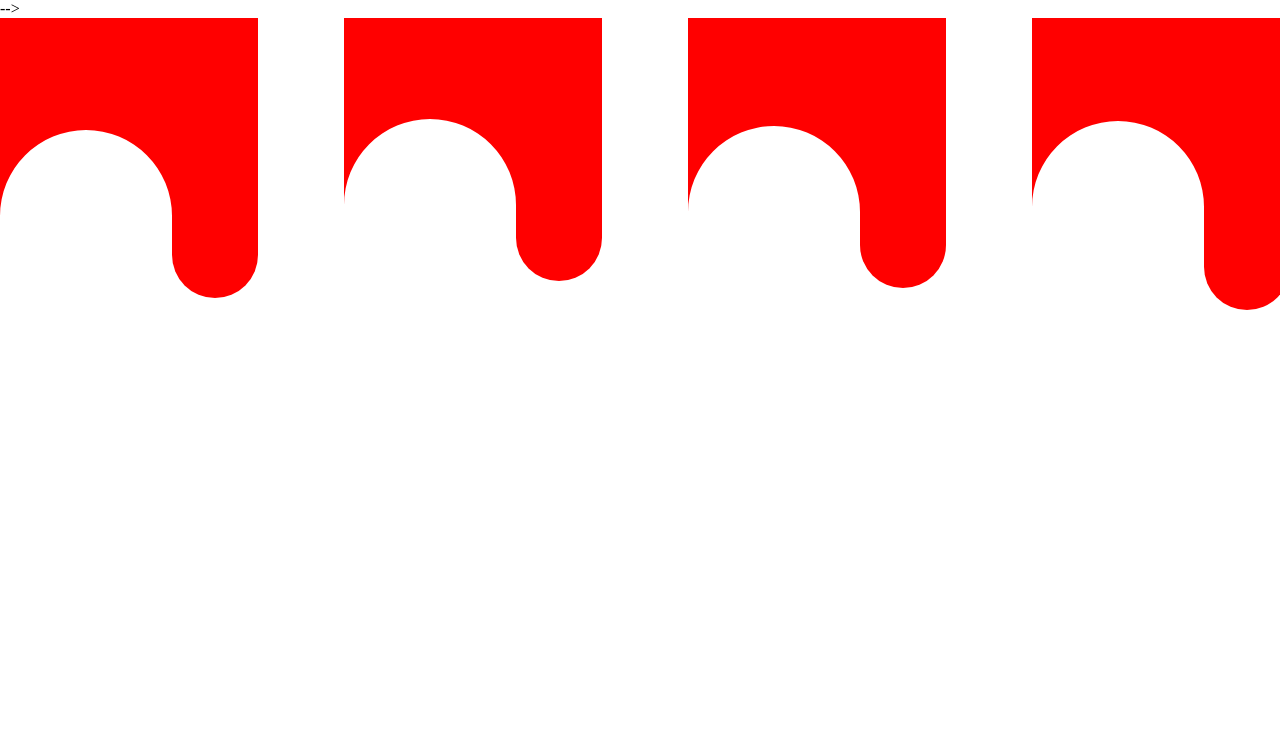
Repository: l-ollie/drip
Page: index.html
An editor plug-in stored every save of this project. The page is shown before and after the next save, followed by the edit.
The browser window is 1280 px wide. The pictures show the whole page.

Above is the page before, as saved 2022-06-30 17:08:23.

After the next save:
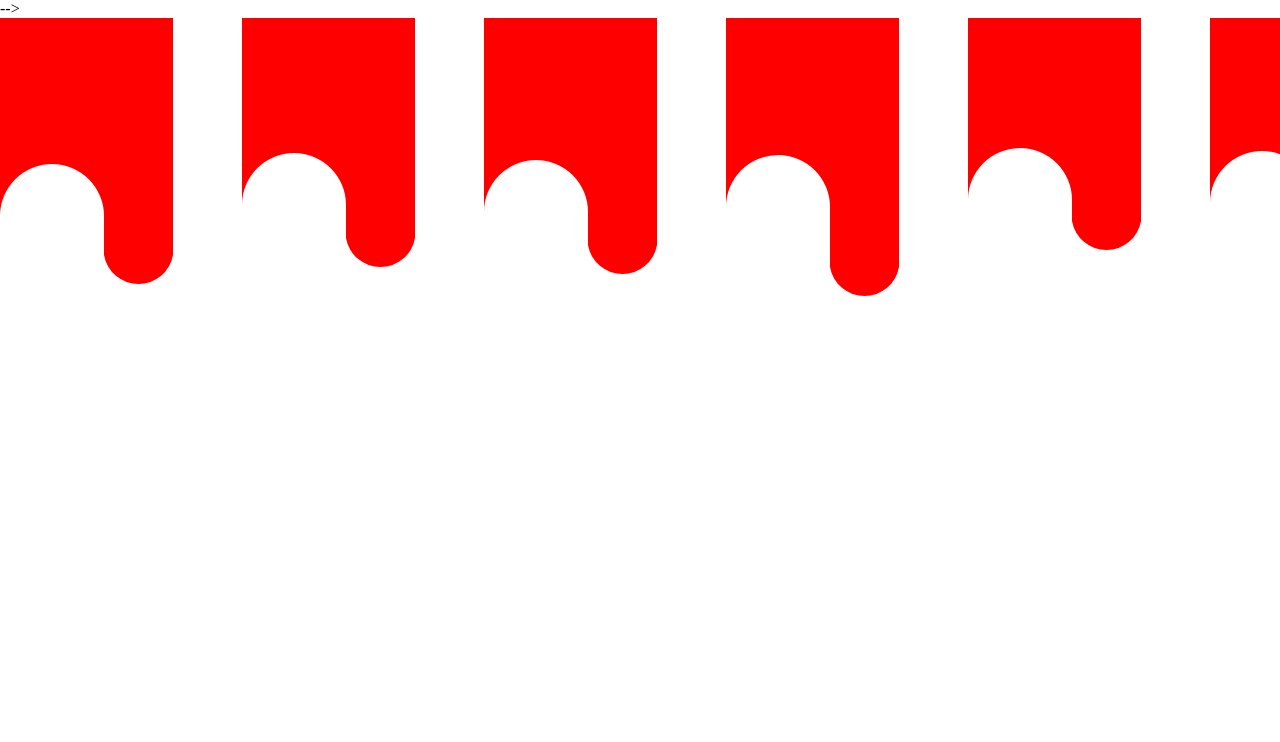
Saved 3 min 3 s later.
--- a/drip.js
+++ b/drip.js
@@ -30,12 +30,12 @@ function makeSVG() {
 		if (i % 2 !== 0) {
 			isLow = true;
 			arc = dripLow;
-			width *= Math.ceil(0.8);
+			width = Math.ceil(width * 0.8);
 			height = Math.ceil(height + random);
 		} else {
 			isLow = false;
 			arc = dripHigh;
-			width *= Math.ceil(1.2);
+			width = Math.ceil(width * 1.2);
 			height = Math.ceil(height - random);
 		}
 
